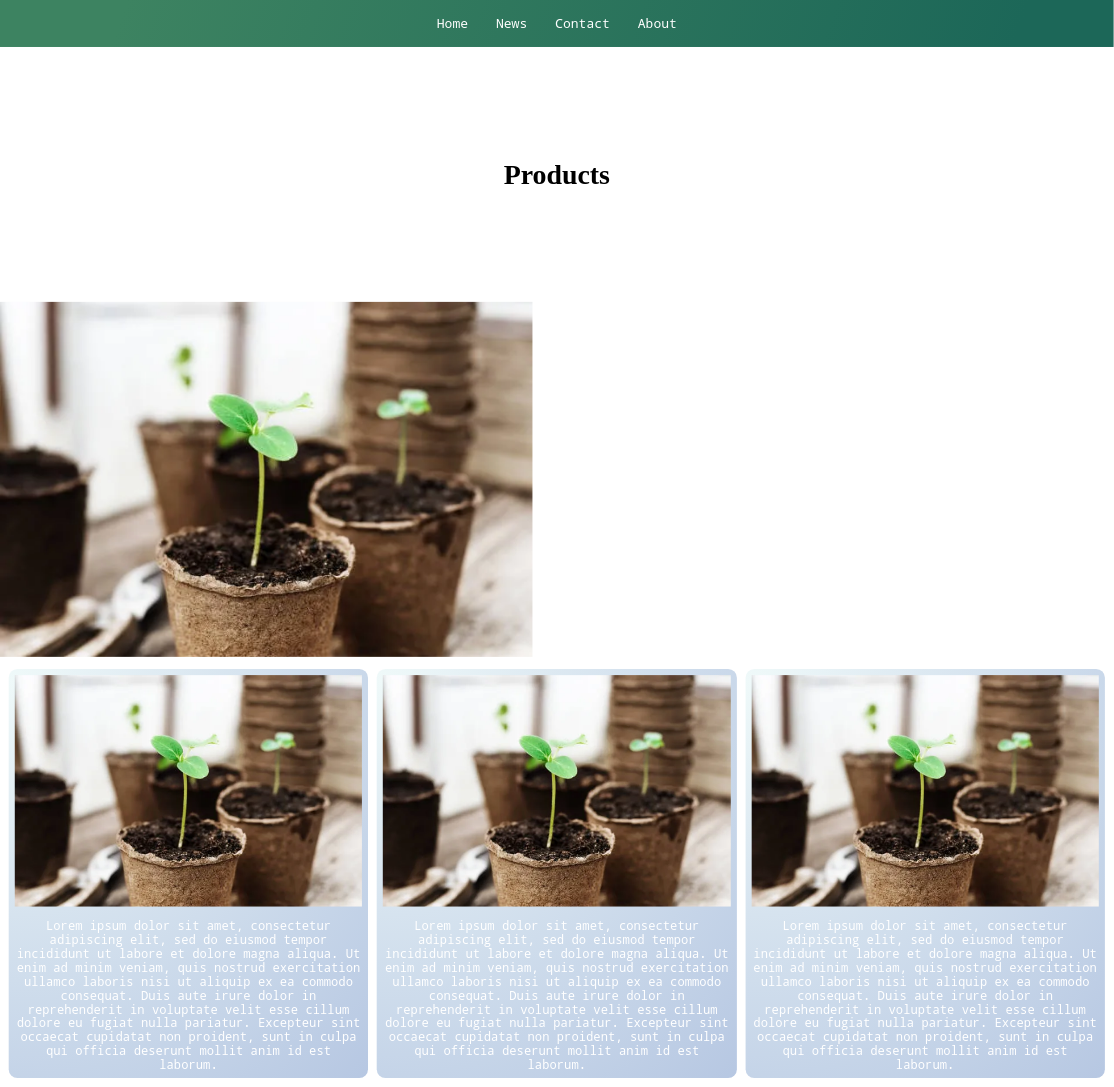
Repository: Flexo874/ISITECH-HTML-CSS
Page: index.html
The author's editor kept a copy of each file at every save. The page is drawn from the files as they stood at one save, then again after the next save.
The browser window is 1280 px wide. The pictures show the whole page, at 87% of full size.

Above is the page before, as saved 2024-01-02 13:52:36.

After the next save:
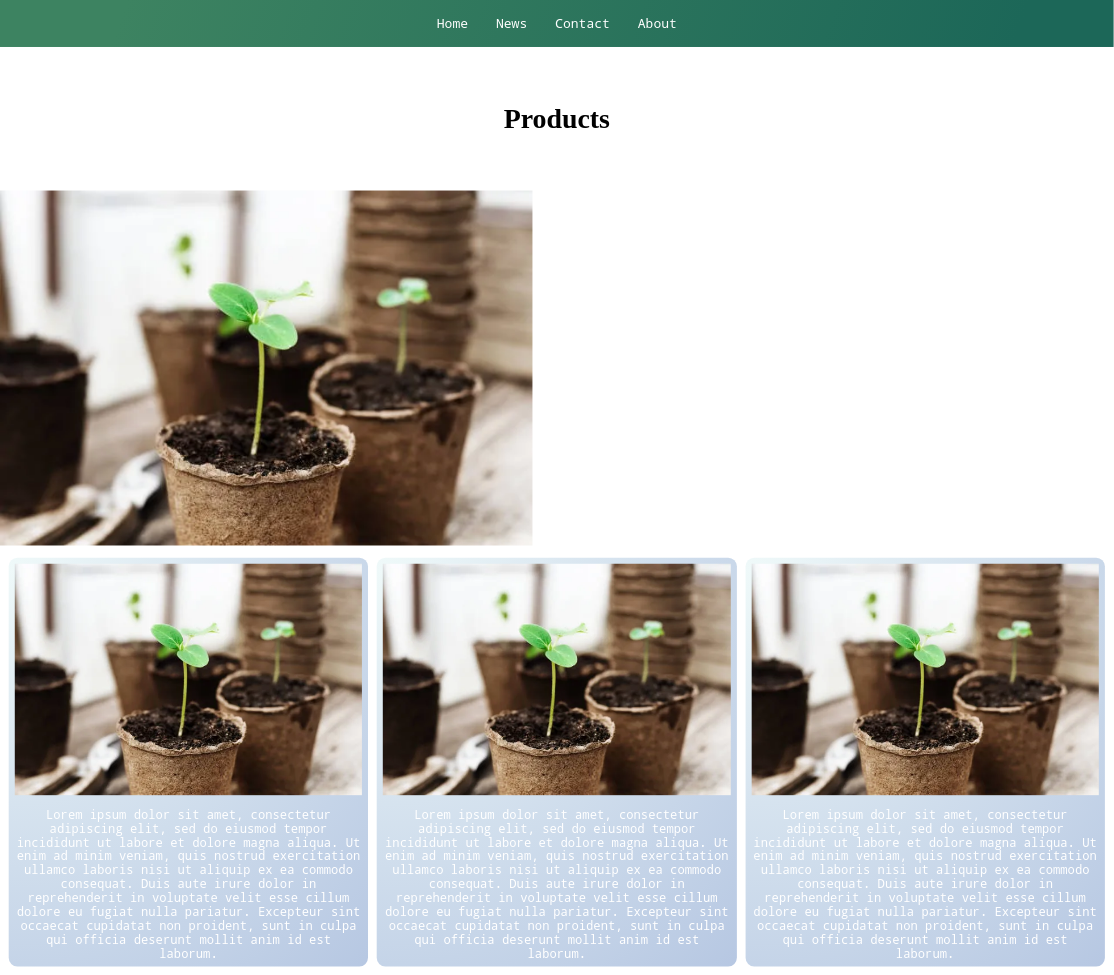
Saved 19 s later.
--- a/style.css
+++ b/style.css
@@ -40,7 +40,7 @@
 }
 
 h1 {
-    margin: 10%;
+    margin: 5%;
     text-align: center;
 }
 
